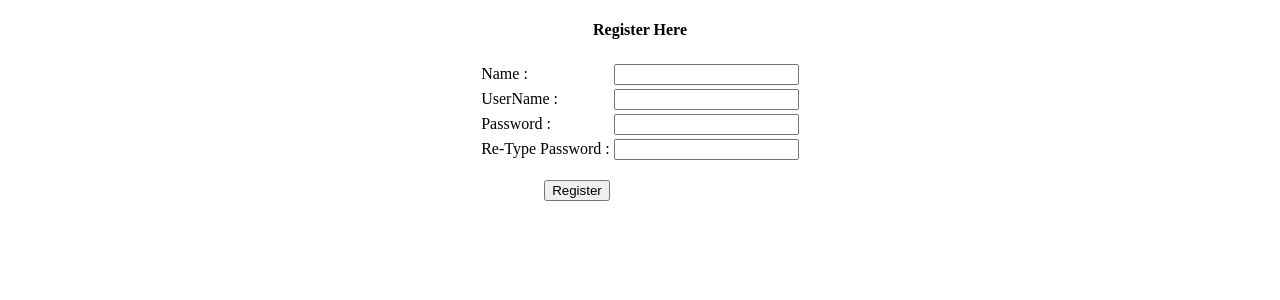
Repository: ShegokarSneha/Login-Registration
Page: http://localhost/LoginRegistration/Register.jsp
These files come from the project's save history. The page is drawn as it stood at one moment and after the next save; the edit follows.
The browser window is 1280 px wide. The pictures show the whole page.
The page is served by Tomcat 9. Other server files are loaded and not shown.

Above is the page before, as saved 2019-07-09 04:35:55.

### LoginRegistration/WebContent/Register.jsp
<%@ page language="java" contentType="text/html; charset=UTF-8"
	pageEncoding="UTF-8"%>
<!DOCTYPE html>
<html>
<head>
<meta charset="UTF-8">
<title>Insert title here</title>
</head>
<body>
	<center>
	<h4>Register Here</h4>
		<form action="Registration">
			<table>

				<tr>
					<td>Name :</td>
					<td><input type="text" name="name"></td>
				<tr>
					<td>UserName :</td>
					<td><input type="text" name="username"></td>
				<tr>
					<td>Password :</td>
					<td><input type="password" name="password"></td>
				<tr>
					<td>Re-Type Password :</td>
					<td><input type="password" name="password"></td>
				<tr>
					<td><p align="right">
							<input type="Submit" name="Submit" value="Register">
						</p></td>
			</table>
		</form>
	</center>
</body>
</html>

After the next save:
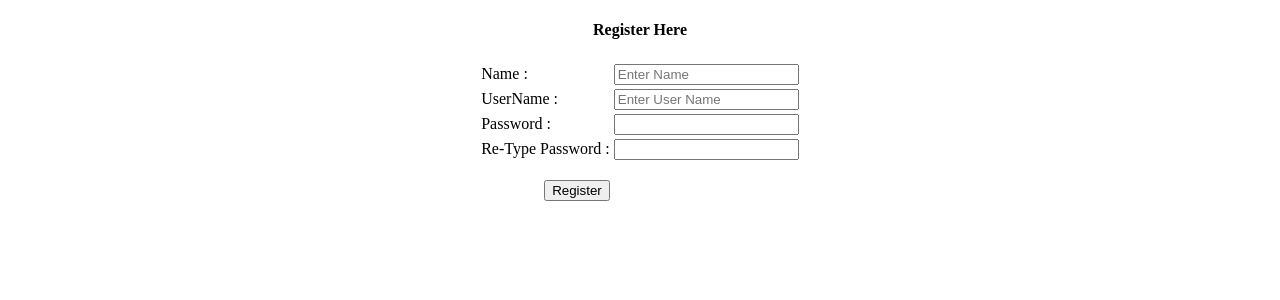
Saved 3 min 46 s later.
--- a/LoginRegistration/WebContent/Register.jsp
+++ b/LoginRegistration/WebContent/Register.jsp
@@ -14,10 +14,12 @@
 
 				<tr>
 					<td>Name :</td>
-					<td><input type="text" name="name"></td>
+					<td><input type="text" name="name"
+					placeholder = "Enter Name"></td>
 				<tr>
 					<td>UserName :</td>
-					<td><input type="text" name="username"></td>
+					<td><input type="text" name="username"
+					placeholder = "Enter User Name"></td>
 				<tr>
 					<td>Password :</td>
 					<td><input type="password" name="password"></td>
